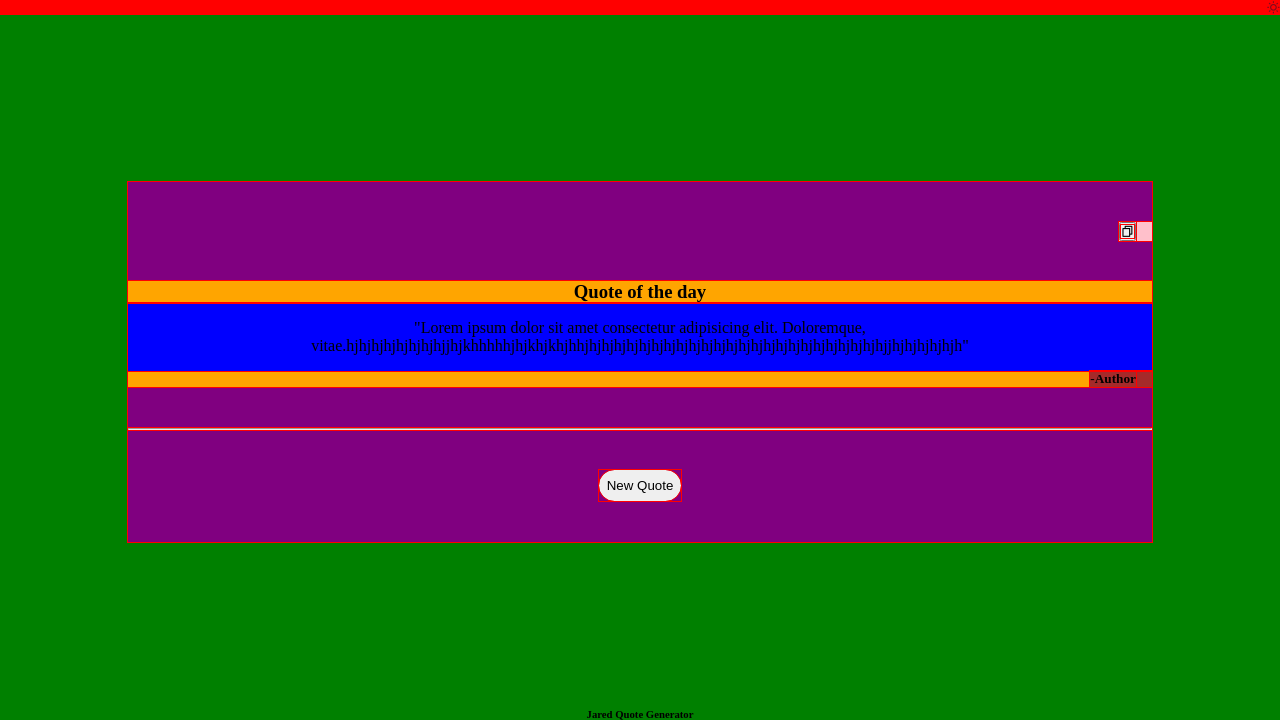
Repository: EguJaredoBoyd/Jared-Quote-Generator
Page: html/main.html
These files come from the project's save history. The page is drawn as it stood at one moment and after the next save; the edit follows.
The browser window is 1280 px wide. The pictures show the whole page.
Some web libraries are served in a nearby version.

Above is the page before, as saved 2026-01-09 01:37:28.

After the next save:
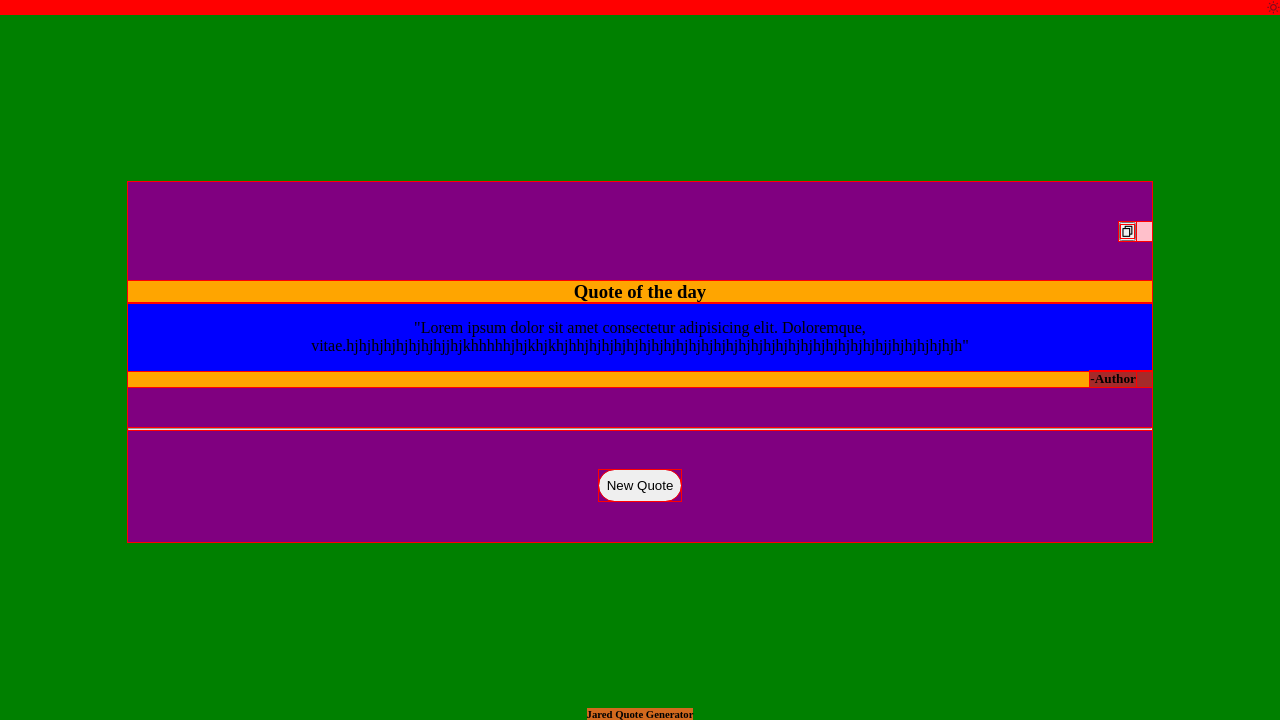
Saved 26 s later.
--- a/css/style.css
+++ b/css/style.css
@@ -94,6 +94,10 @@ header button {
   border-radius: 1rem;
 }
 
+.footer__developer {
+  background-color: chocolate;
+}
+
 .quote-container,
 .quote-container * {
   outline: 1px solid red;
